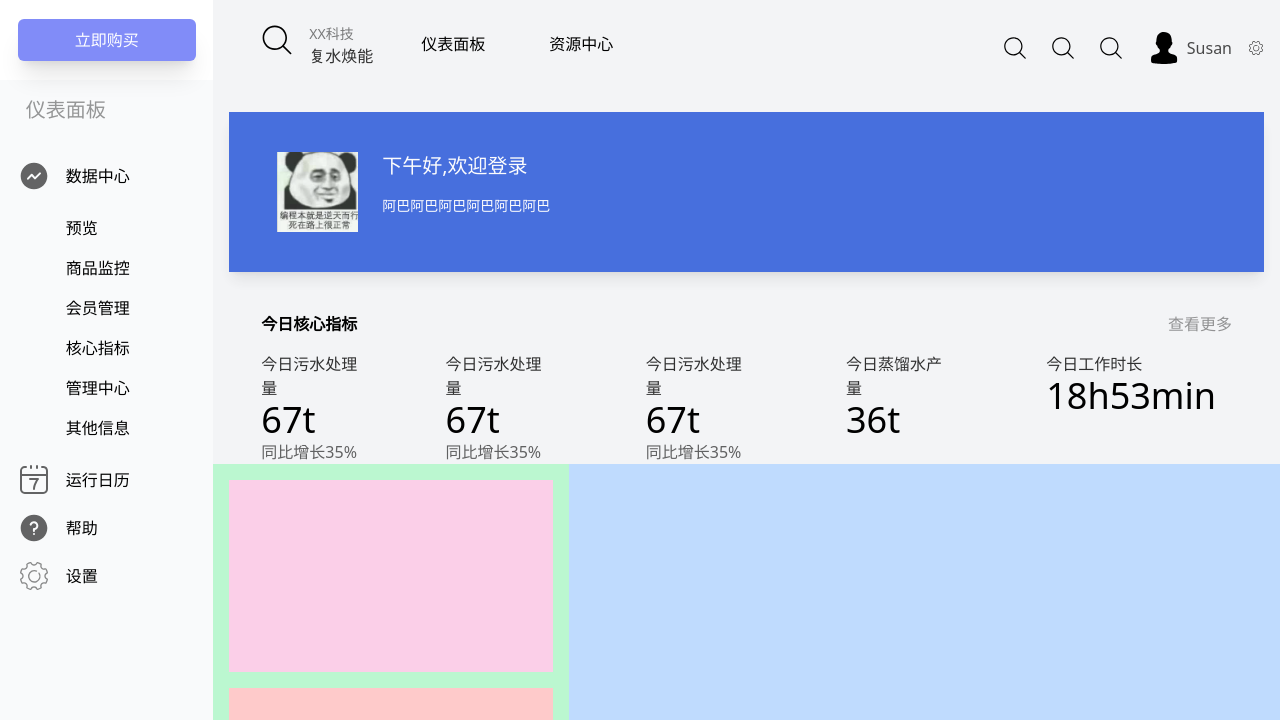
Repository: LiuRuohui/useWater
Page: /
The author's editor kept a copy of each file at every save. The page is drawn from the files as they stood at one save, then again after the next save.
The browser window is 1280 px wide. The pictures show the whole page.
The project was rebuilt for these pictures with package versions that can differ from the ones it lists, and the page was loaded fresh each time. Also part of the build but not shown: vite.config.js.

Above is the page before, as saved 2022-04-06 23:34:48.

### src/App.vue
<script setup>
import HelloWorld1 from './components/HelloWorld.vue';
</script>

<template>
  <HelloWorld1></HelloWorld1>
</template>

<style>
</style>

### src/index.css
@tailwind base;
@tailwind components;
.inputFrame {
    @apply appearance-none rounded-none relative block w-full px-3 py-2 border border-gray-300 placeholder-gray-500 text-gray-900
}

.inputFrame:focus {
    @apply outline-none border-indigo-500 z-10 inline-block px-5 py-3 rounded-lg shadow-lg
}

.btn {
    @apply relative flex w-full justify-center py-2 border border-transparent font-medium rounded-md text-white bg-indigo-400
}

.btn:hover {
    @apply bg-indigo-500
}

.btn:focus {
    @apply outline-none ring-2 ring-offset-2 ring-indigo-400
}

@tailwind utilities;

### src/components/HelloWorld.vue
<script setup>

</script>

<template>
<div class="w-full h-screen flex flex-row select-none">
  <div class="w-1/5 h-screen justify-center items-center flex flex-col">
    <div class="w-full h-20 justify-center items-center flex">
        <div class="w-5/6">
            <button class="btn text-white justify-center items-center shadow-xl">立即购买</button>
        </div>
    </div>
    <div class="w-full flex flex-grow bg-gray-50 justify-center">
        <div class="w-5/6 pt-4 flex flex-col">
            <div class="h-8 text-xl opacity-40 pl-2">仪表面板</div>
            <div class="mt-4 flex flex-grow flex-col">
                <div class="flex flex-col py-2 hover:cursor-pointer">
                    <div class="flex flex-row py-2 hover:bg-blue-200 hover:cursor-pointer">
                      <img src="../assets/数据.svg" alt="" class="h-8 opacity-60">
                      <div class="pl-4 pt-1">数据中心</div>
                    </div>
                    <div class="mt-2 flex flex-col hover:cursor-pointer">
                        <div class="py-2 pl-12 hover:bg-blue-200">预览</div>
                        <div class="py-2 pl-12 hover:bg-blue-200">商品监控</div>
                        <div class="py-2 pl-12 hover:bg-blue-200">会员管理</div>
                        <div class="py-2 pl-12 hover:bg-blue-200">核心指标</div>
                        <div class="py-2 pl-12 hover:bg-blue-200">管理中心</div>
                        <div class="py-2 pl-12 hover:bg-blue-200">其他信息</div>
                    </div>
                </div>
                <div class="flex flex-row py-2 hover:bg-blue-200 hover:cursor-pointer">
                  <img src="../assets/日历.svg" alt="" class="h-8 opacity-60">
                  <div class="pl-4 pt-1">运行日历</div>
                </div>
                <div class="flex flex-row py-2 hover:bg-blue-200 hover:cursor-pointer">
                  <img src="../assets/帮助.svg" alt="" class="h-8 opacity-60">
                  <div class="pl-4 pt-1">帮助</div>
                </div>
                <div class="flex flex-row py-2 hover:bg-blue-200 hover:cursor-pointer">
                  <img src="../assets/设置.svg" alt="" class="h-8 opacity-60">
                  <div class="pl-4 pt-1">设置</div>
                </div>
            </div>
        </div>
    </div>
  </div>
  <div class="w-full flex flex-grow flex-col bg-gray-100">
      <div class="flex flex-row h-24">
          <img src="../assets/搜索.svg" alt="" class="h-8 mt-6 pl-12 hover:cursor-pointer">
          <div class="flex flex-col pt-6 px-4 hover:cursor-pointer">
              <div class="text-sm opacity-50">XX科技</div>
              <div class="text-md opacity-80">复水焕能</div>
          </div>
          <div class="text-base px-8 pt-8 hover:cursor-pointer">仪表面板</div>
          <div class="text-base px-8 pt-8 hover:cursor-pointer">资源中心</div>
          <div class="flex flex-grow flex-row-reverse">
              <img src="../assets/设置.svg" alt="" class="h-4 mt-10 mr-4 hover:cursor-pointer hover:bg-blue-100">
              <span class="my-9 mr-4 text-black text-base opacity-70 hover:cursor-pointer hover:bg-blue-100">Susan</span>
              <img src="../assets/用户.svg" alt="" class="h-8 mt-8 mr-2 hover:cursor-pointer hover:bg-blue-100">
              <img src="../assets/搜索.svg" alt="" class="h-6 mt-9 mr-6 hover:cursor-pointer hover:bg-blue-100">
              <img src="../assets/搜索.svg" alt="" class="h-6 mt-9 mr-6 hover:cursor-pointer hover:bg-blue-100">
              <img src="../assets/搜索.svg" alt="" class="h-6 mt-9 mr-6 hover:cursor-pointer hover:bg-blue-100">
          </div>
      </div>
      <div class="m-4 bg-blue-700 h-40 opacity-80 shadow-lg">
          <div class="flex flex-row h-24 my-8">
              <img src="../assets/测试图片.jpg" alt="" class="h-20 my-auto pl-12">
              <div class="flex flex-col pl-6 pt-2">
                  <div class="text-xl text-white">下午好,欢迎登录</div>
                  <div class="text-sm text-white pt-4">阿巴阿巴阿巴阿巴阿巴阿巴</div>
              </div>
          </div>
      </div>
      <div class="h-40 my-2 mx-4">
          <div class="flex flex-col pt-4 pl-8">
              <div class="flex flex-row">
                  <div class="font-black text-black">今日核心指标</div>
                  <div class="flex flex-grow flex-row-reverse opacity-40 pr-8">查看更多</div>
              </div>
              <div class="flex flex-grow flex-row mt-4">
                  <div class="flex flex-col pr-8">
                      <div class="opacity-80">今日污水处理量</div>
                      <div class="text-4xl">67t</div>
                      <div class="opacity-60">同比增长35%</div>
                  </div>
                  <div class="flex flex-col px-12">
                      <div class="opacity-80">今日污水处理量</div>
                      <div class="text-4xl">67t</div>
                      <div class="opacity-60">同比增长35%</div>
                  </div>
                  <div class="flex flex-col px-12">
                      <div class="opacity-80">今日污水处理量</div>
                      <div class="text-4xl">67t</div>
                      <div class="opacity-60">同比增长35%</div>
                  </div>
                  <div class="flex flex-col px-12">
                      <div class="opacity-80">今日蒸馏水产量</div>
                      <div class="text-4xl">36t</div>
                  </div>
                  <div class="flex flex-col px-12">
                      <div class="opacity-80">今日工作时长</div>
                      <div class="text-4xl">18h53min</div>
                  </div>
              </div>
          </div>
      </div>
      <div class="flex flex-grow flex-row bg-blue-200">
          <div class="w-1/3 bg-green-200 flex flex-col">
              <div class="flex h-48 m-4 bg-pink-200">

              </div>
              <div class="flex flex-grow bg-red-200 mx-4">

              </div>
          </div>
      </div>
  </div>
</div>
</template>

<style scoped>

</style>

### tailwind.config.js
module.exports = {
    content: [
        "./index.html",
        "./src/**/*.{vue,js,ts,jsx,tsx}",
    ],
    theme: {
        extend: {},
    },
    variants: {
        backgroundColor: ['responsive', 'hover', 'focus', 'active']
    },
    plugins: [],
}

Loaded but not shown: index.html (common file); src/main.js (common file)

After the next save:
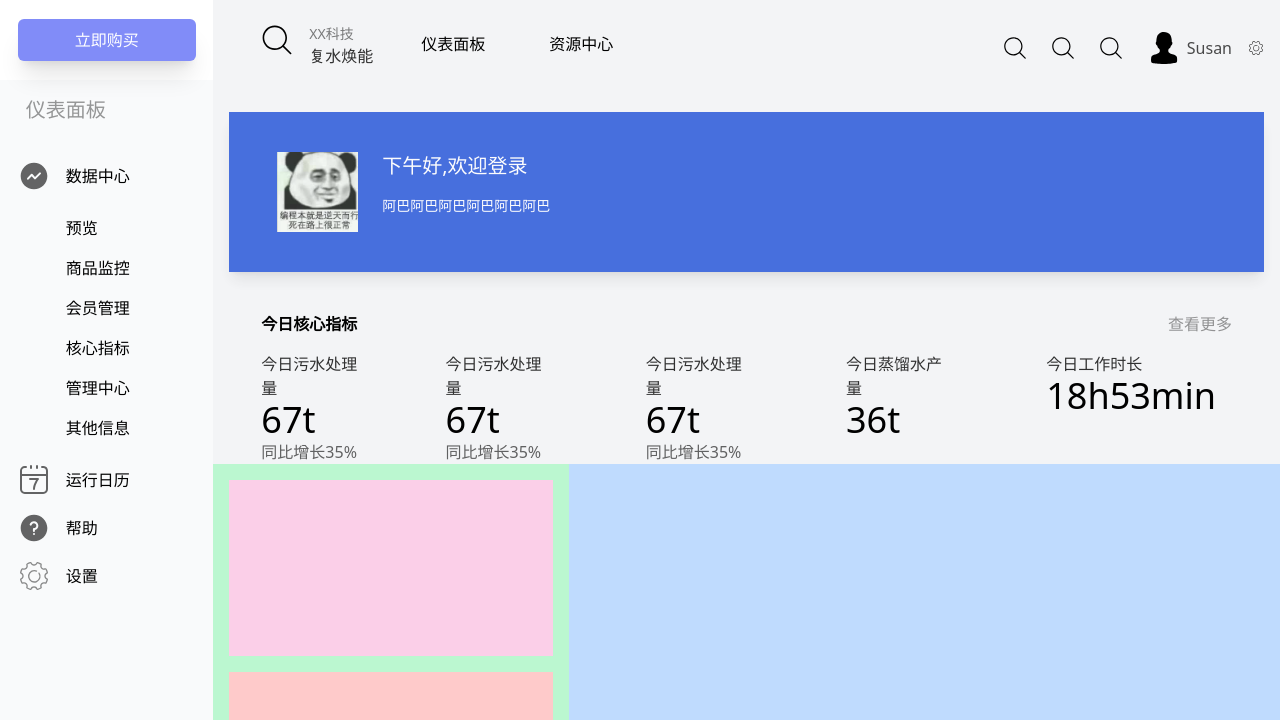
Saved 7 s later.
--- a/src/components/HelloWorld.vue
+++ b/src/components/HelloWorld.vue
@@ -106,7 +106,7 @@
       </div>
       <div class="flex flex-grow flex-row bg-blue-200">
           <div class="w-1/3 bg-green-200 flex flex-col">
-              <div class="flex h-48 m-4 bg-pink-200">
+              <div class="flex h-44 m-4 bg-pink-200">
 
               </div>
               <div class="flex flex-grow bg-red-200 mx-4">
